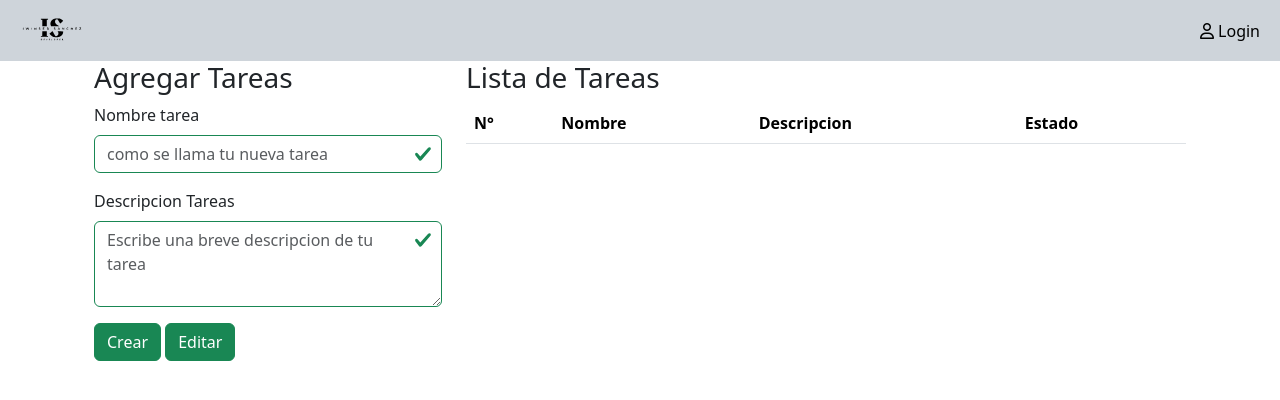
Repository: iwinser117/lista-Tareas
Page: src/public/index.html
An editor plug-in stored every save of this project. The page is shown before and after a run of saves, followed by the edit.
The browser window is 1280 px wide. The pictures show the whole page.
The page's requests for data from a server got no answer. Some web libraries are served in a nearby version.

Above is the page before, as saved 2023-01-05 08:27:56.

After the next 2 saves:
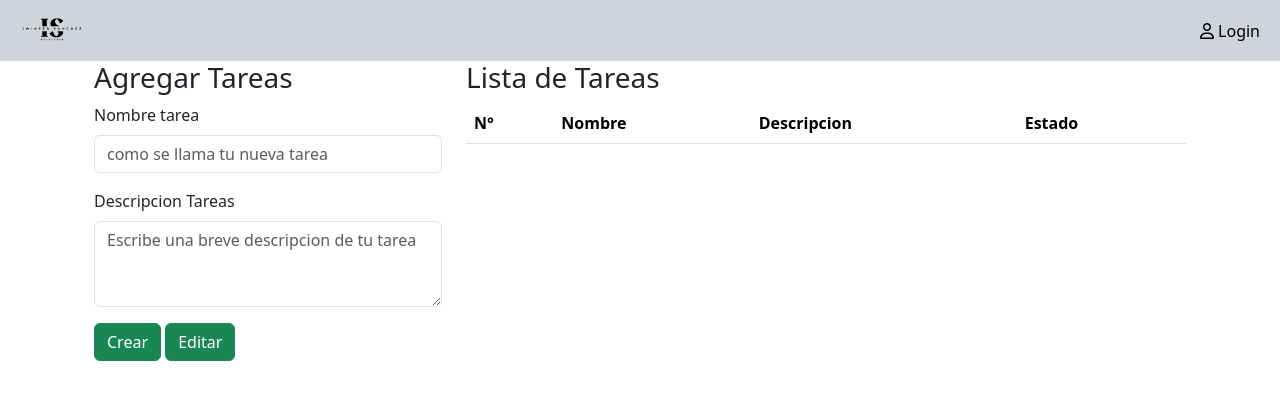
The 2 saves are shown as one change because they came seconds apart.
The last was saved 42 s later.
--- a/src/public/index.html
+++ b/src/public/index.html
@@ -62,13 +62,13 @@
 
       <div class="container-md row  m-auto">
         <section class="col-sm-4 container w-30">
-        <div class="was-validated">
+        <div>
           <h3>Agregar Tareas</h3>
           <div class="mb-3">
-            <label for="validationNameTarea" class="form-label">Nombre tarea</label>
+            <label for="nameTarea" class="form-label">Nombre tarea</label>
             <input
               type="text"
-              id="validationNameTarea"
+              id="nameTarea"
               placeholder="como se llama tu nueva tarea"
               class="form-control"
 
